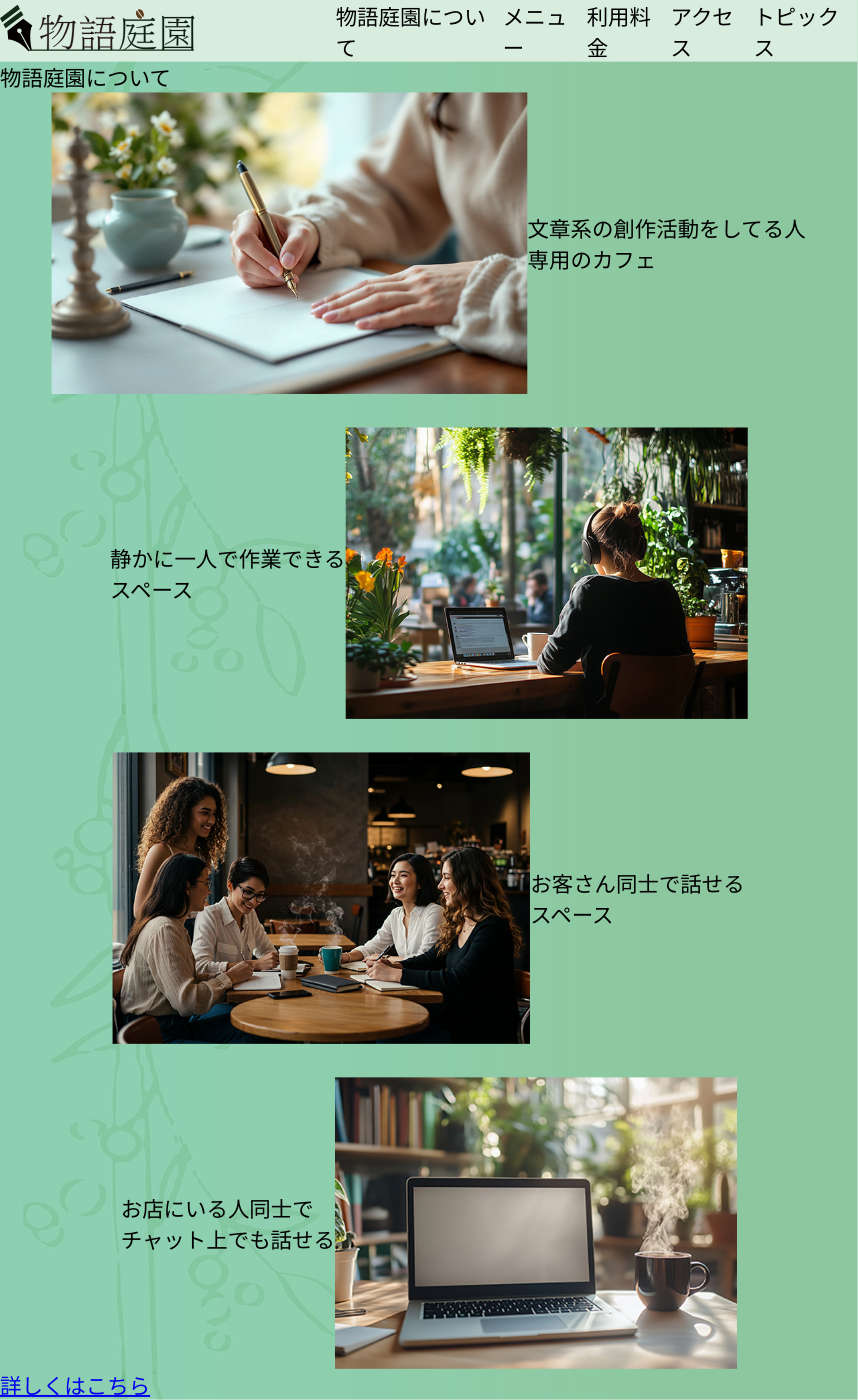
Repository: saka-kou/GardenStory
Page: index.html
These files come from the project's save history. The page is drawn as it stood at one moment and after the next save; the edit follows.
The browser window is 1280 px wide. The pictures show the whole page, at 67% of full size.
Some web fonts or font styles are not loaded; a fallback is used.

Above is the page before, as saved 2025-07-23 17:54:25.

### index.html
<!DOCTYPE html>
<html lang="en">
<head>
    <meta charset="UTF-8">
    <meta name="viewport" content="width=device-width, initial-scale=1.0">
    <link rel="preconnect" href="https://fonts.googleapis.com">
    <link rel="preconnect" href="https://fonts.gstatic.com" crossorigin>
    <link href="https://fonts.googleapis.com/css2?family=Kaisei+Opti&display=swap" rel="stylesheet">

    <title>物語庭園</title>
    <link rel="stylesheet" href="css/index.css">
</head>
<body>
    <header>
        <h1><img src="images/logo.svg" alt="物語庭園ロゴ"></h1>
        <ul id="gnavi" class="consept-text">
            <li>物語庭園について</li>
            <li>メニュー</li>
            <li>利用料金</li>
            <li>アクセス</li>
            <li>トピックス</li>
        </ul>
    </header>

    <h2 class="consept-text">物語庭園について</h2>
    <div class="aboutWrap">
        <div id="setumei">
            <img src="images/write.jpeg" alt="文創" class="leftimg">
            <p class="consept-text">文章系の創作活動をしてる人<br>
                専用のカフェ
            </p>
        </div>
        <div id="setumei">
            <p class="consept-text">静かに一人で作業できる<br>
                スペース
            </p>
            <img src="images/work.jpeg" alt="作業" class="rightimag">
        </div>
        <div id="setumei">
            <img src="images/talk.jpeg" alt="話せる" class="leftimg">
            <p class="consept-text">お客さん同士で話せる<br>
                スペース
            </p>
        </div>
        <div id="setumei">
            <p class="consept-text">お店にいる人同士で<br>
                チャット上でも話せる
            </p>
            <img src="images/Website.jpeg" alt="Webサイト" class="rightimg">
        </div>
    </div>
        <p class="consept-text"><a href="#">詳しくはこちら</a></p>
</body>
</html>

### css/index.css
*{
    margin: 0;
    padding: 0;
}
body{
    background-image: url("../images/壁紙例2.webp");
    /*background-color: #5BBB8F;*/
}
header{
    display: flex;
    align-items: center;
    justify-content: space-between;
    background: #D9EDDF;
    gap: 210px;
}
#gnavi{
    display: flex;
    list-style-type: none;
    width: 100%;
}
.consept-text{
    font-family: "Kaisei Opti", serif;
    font-weight: 400;
    font-style: normal;
    font-size: 32px;
}
.aboutWrap{
    display: flex;
    flex-direction: column;
    align-items: center;
    gap: 50px;
}
#setumei{
    display: flex;
    align-items: center;

}
.leftimg{
    display: flex;
}
.rightimg{
    display: flex;
}

After the next save:
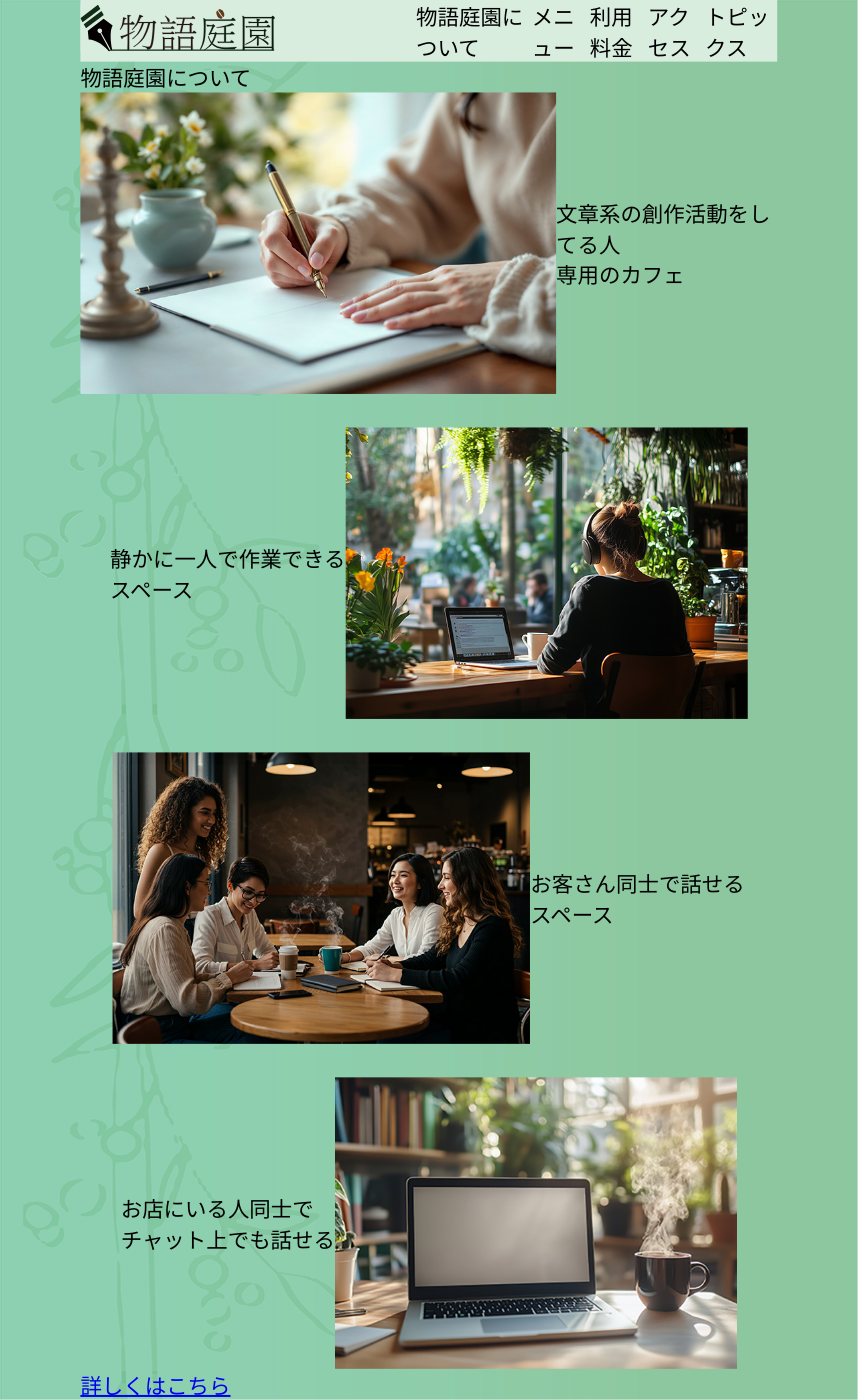
Saved 3 min 13 s later.
--- a/css/index.css
+++ b/css/index.css
@@ -5,6 +5,7 @@
 body{
     background-image: url("../images/壁紙例2.webp");
     /*background-color: #5BBB8F;*/
+    padding: 0 120px;
 }
 header{
     display: flex;

After the save that followed:
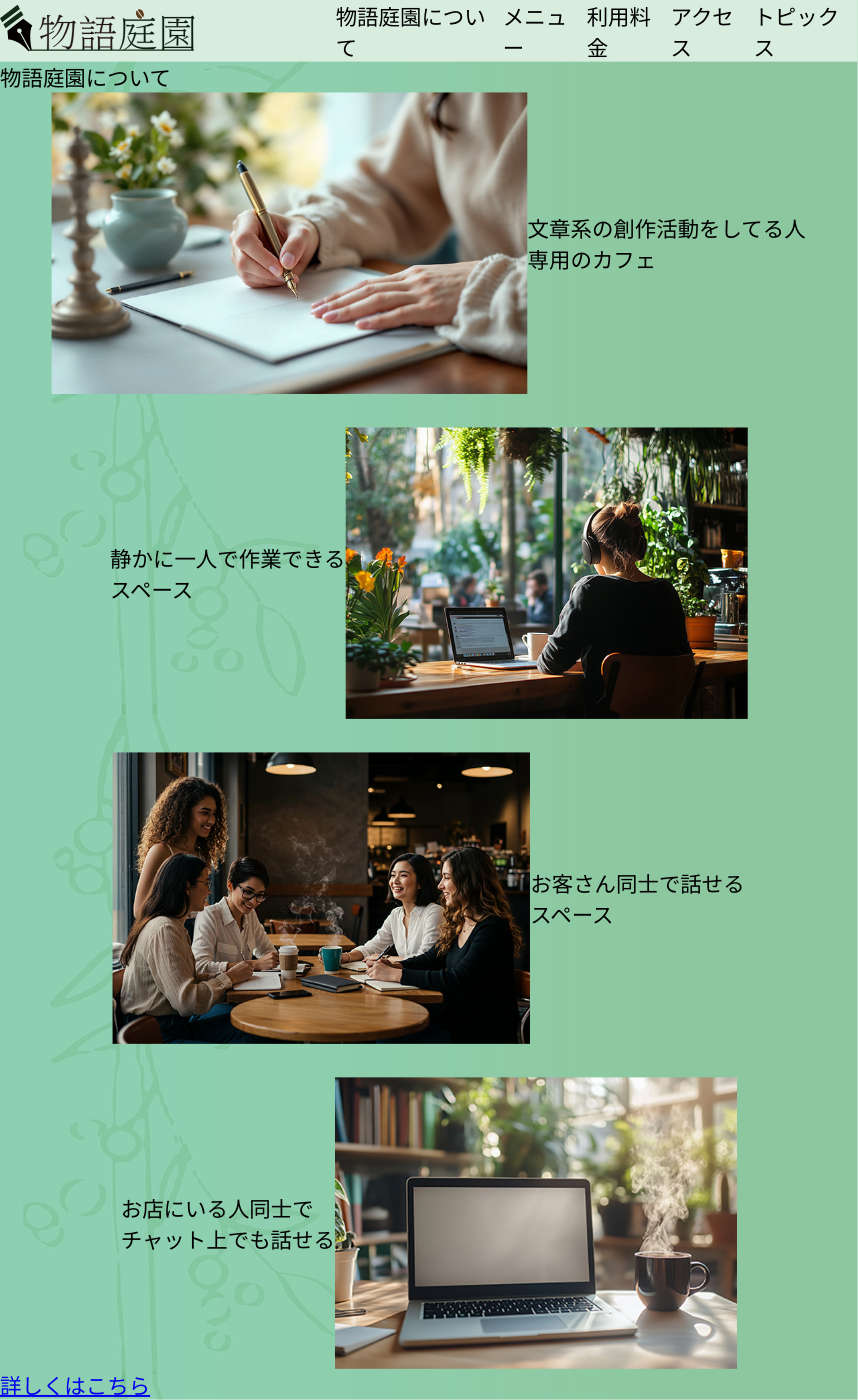
Saved 85 s later.
--- a/css/index.css
+++ b/css/index.css
@@ -5,7 +5,6 @@
 body{
     background-image: url("../images/壁紙例2.webp");
     /*background-color: #5BBB8F;*/
-    padding: 0 120px;
 }
 header{
     display: flex;
@@ -13,6 +12,9 @@
     justify-content: space-between;
     background: #D9EDDF;
     gap: 210px;
+}
+main{
+    padding: 0 120px;
 }
 #gnavi{
     display: flex;
